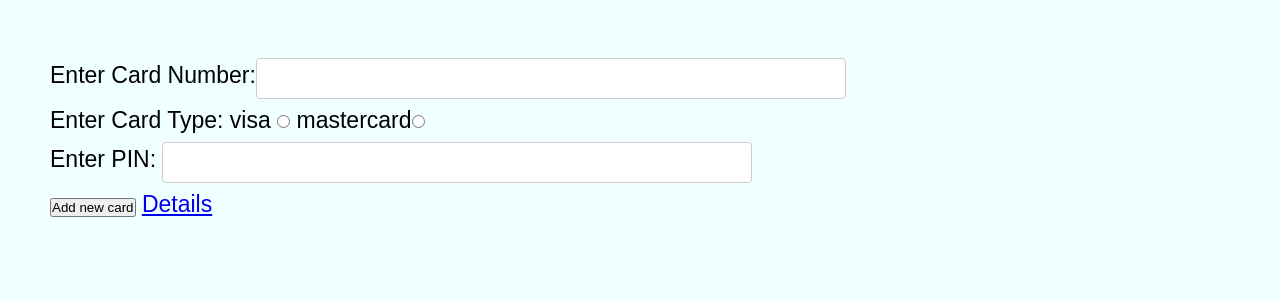
Repository: kiiigaaa/User_Profile
Page: http://localhost/GroceryOrdering/insertPay.jsp
The author's editor kept a copy of each file at every save. The page is drawn from the files as they stood at one save, then again after the next save.
The browser window is 1280 px wide. The pictures show the whole page.
The page is served by Tomcat 9. Other server files are loaded and not shown.

Above is the page before, as saved 2022-11-13 08:55:58.

### GroceryOrdering/src/main/webapp/insertPay.jsp
<%@ page language="java" contentType="text/html; charset=ISO-8859-1"
    pageEncoding="ISO-8859-1"%>
<!DOCTYPE html>
<html>
<head>
<meta charset="ISO-8859-1">
<title>Payment Method</title>
<link rel="stylesheet" type="text/css" href="css/profile.css">

</head>
<body>
	<div class="info">
	<form action="insert" method="post">

		Enter Card Number:<input type="text" name="cardNo"> <br>
		Enter Card Type: <lable>visa </lable><input type="radio" id="visa" name="ctype" value="visa" >
						 <label>mastercard</label><input type="radio" id="mastercard" name="ctype" value="mastercard"><br>
		Enter PIN: <input type="text" name="pin"><br>

		<input type="submit" name="submit" value="Add new card">

		<a href="payMethodDetails.jsp">Details</a>


	</form>
	</div>
</body>
</html>

### GroceryOrdering/src/main/webapp/css/profile.css
@charset "ISO-8859-1";

*{
   margin: 0;
   padding: 0;
   box-sizing: border-box;
}

body{
   background-color: #F0FFFF;

}

.navsection{
   min-height: 100px;
}

header{
     height: 100px;
     background:#006400;
     width: 100%;
     z-index: 12;
     position: fixed;

 }

.logo img{
   width: 70px;
   height: 70px;
   position: absolute;
   top: 10px;
   left: 40px;
 }

 .wrapper{
   width: 1170px;
   margin: 0 auto;
}

nav{
   float: right;
   line-height: 100px;

}
nav a {
   text-decoration:none;
   font-size:14px;
   color:#fff;
   font-family:sans-serif;
   letter-spacing: 1px;
   margin: 0 10px;
   padding: 7px 7px;
   border-radius: 3px;
   transition: 0.4s ease-in-out;

}
nav a:hover{
   background: #8FBC8F;

}

.home{
   height: 50px;
   width: 100%;
}

table {
  border-collapse: collapse;
  width: 100%;
}

th, td {

  padding: 10px;
  text-align: left;
  border-bottom: 1px solid #ddd;
}

.info{
	top:10px;
	margin:50px;
	font-family:sans-serif;
	font-size:23px
}

.up-btn{
    height: 50px;
    width: 150px;
    background: #006400;
    color:#fff;
    border: none;
    padding-left:25px;
    margin-left:500px;
    border-radius: 6px 6px 6px 6px;
    transition: 0.2s ease-in-out;
}

.up-btn:hover{
    border: 2px solid #00CED1;
    background-color: #8FBC8F;
    color: black;
}

.pay-btn{
    height: 50px;
    width: 150px;
    background: #8FBC8F;
    border: none;
    margin-left:100px;
    border-radius: 6px 6px 6px 6px;
    transition: 0.2s ease-in-out;
}

.pay-btn:hover{
    border: 2px solid #00CED1;
    background-color: #006400;
    color: #FFFAF0;
}

.info input[type=text],input[type=email] , select{
  width: 50%;
  padding: 12px 20px;
  margin: 8px 0;
  display: inline-block;
  border: 1px solid #ccc;
  border-radius: 4px;
  box-sizing: border-box;
}

.valid input[type=text],input[type=password] , select{

  padding: 12px 20px;
  margin: 8px 0;
  display: inline-block;
  border: 1px solid #ccc;
  border-radius: 4px;
  box-sizing: border-box;
}

.valid{
	margin-left:150px;
	padding-right:20px;

}

.sub{
	height: 50px;
    width: 100px;
    background: #8FBC8F;
    border: none;
    margin-left:100px;
    border-radius: 6px 6px 6px 6px;
    transition: 0.2s ease-in-out;
}

.sub:hover{
	border: 2px solid #00CED1;
    background-color: #006400;
    color: #FFFAF0;
}

### GroceryOrdering/src/main/webapp/css/addPayment.css
@charset "ISO-8859-1";
.info input[type=text],input[type=radio] , select{
  width: 50%;
  padding: 12px 20px;
  margin: 8px 0;
  display: inline-block;
  border: 1px solid #ccc;
  border-radius: 4px;
  box-sizing: border-box;
}

.valid input[type=text],input[type=password] , select{

  padding: 12px 20px;
  margin: 8px 0;
  display: inline-block;
  border: 1px solid #ccc;
  border-radius: 4px;
  box-sizing: border-box;
}

.valid{
	margin-left:150px;
	padding-right:20px;

}

After the next save:
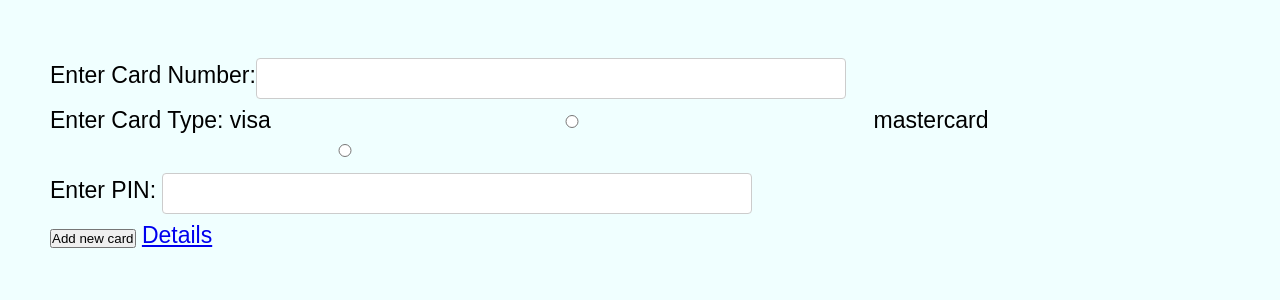
Saved 20 s later.
--- a/GroceryOrdering/src/main/webapp/insertPay.jsp
+++ b/GroceryOrdering/src/main/webapp/insertPay.jsp
@@ -5,6 +5,8 @@
 <head>
 <meta charset="ISO-8859-1">
 <title>Payment Method</title>
+<link rel="stylesheet" type="text/css" href="css/addPayment.css">
+
 <link rel="stylesheet" type="text/css" href="css/profile.css">
 
 </head>
